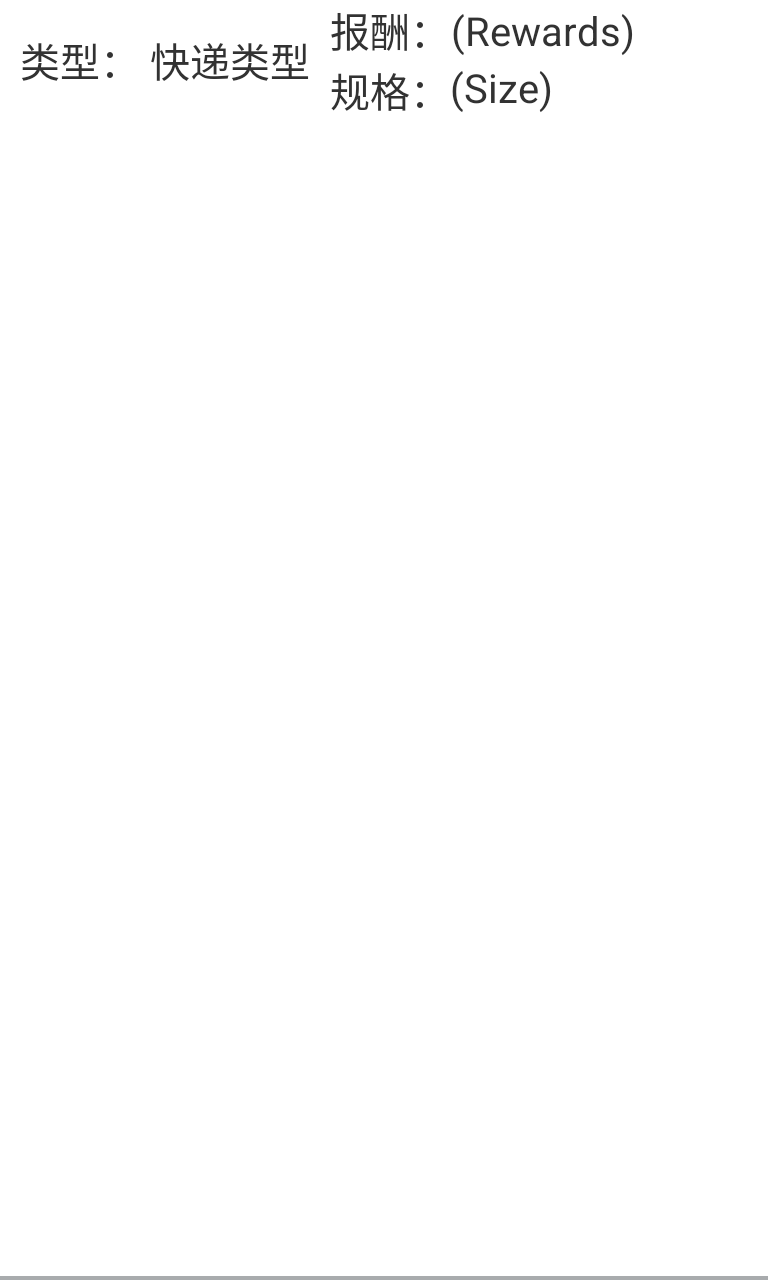
Repository: fariashen/campus-express
Layout: easyCourier/res/layout/item_request.xml
An editor plug-in stored every save of this project. The layout is shown before and after the next save, followed by the edit.
It is drawn on a 768 x 1280 px phone screen (xhdpi) without system bars, with theme AppTheme; the app's code is not run. The app's manifest (not shown) leaves right-to-left support off. So textAlignment, textDirection and layoutDirection are ignored, and left and right values win over start and end ones.

Above is the layout before, as saved 2016-04-25 09:54:48.

### easyCourier/res/layout/item_request.xml
<?xml version="1.0" encoding="utf-8"?>
<RelativeLayout xmlns:android="http://schemas.android.com/apk/res/android"
    android:layout_width="match_parent"
    android:layout_height="wrap_content"
    android:orientation="vertical"
    android:layout_marginBottom="20dp"
    android:layout_marginTop="20dp"
    android:background="@drawable/requestdetailshape">

    <TextView
        android:id="@+id/tv_tip_itemKinds"
        android:layout_width="wrap_content"
        android:layout_height="wrap_content"
        android:layout_marginLeft="10dp"
        android:layout_marginTop="15dp"
        android:text="类型："
        android:textSize="20sp" />

    <TextView
        android:id="@+id/tv_itemKinds"
        android:layout_width="90dp"
        android:layout_height="wrap_content"
        android:layout_marginTop="15dp"
        android:layout_marginLeft="5dp"
        android:layout_toEndOf="@id/tv_tip_itemKinds"
        android:text="快递类型"
        android:textSize="20sp" />

    <TextView
        android:id="@+id/tv_tip_itemReward"
        android:layout_width="wrap_content"
        android:layout_height="30dp"
        android:layout_toEndOf="@id/tv_itemKinds"
        android:text="报酬："
        android:textSize="20sp" />

    <TextView
        android:id="@+id/tv_itemReward"
        android:layout_width="wrap_content"
        android:layout_height="30dp"
        android:layout_toEndOf="@id/tv_tip_itemReward"
        android:gravity="center"
        android:text="(Rewards)"
        android:textSize="20sp" />



    <TextView
        android:id="@+id/tv_tip_itemSize"
        android:layout_width="wrap_content"
        android:layout_height="30dp"
        android:layout_toEndOf="@id/tv_itemKinds"
        android:layout_below="@id/tv_tip_itemReward"
        android:text="规格："
        android:textSize="20sp" />

    <TextView
        android:id="@+id/tv_itemSize"
        android:layout_width="wrap_content"
        android:layout_height="30dp"
        android:layout_below="@id/tv_itemReward"
        android:layout_toEndOf="@id/tv_tip_itemSize"
        android:text="(Size)"
        android:textSize="20sp" />

</RelativeLayout>

### easyCourier/res/drawable/requestdetailshape.xml
<layer-list xmlns:android="http://schemas.android.com/apk/res/android">
<!-- This is the main color -->
<item>
  <shape>
        <solid android:color="#ffa8abad" />
  </shape>
</item>
<!-- This is the line -->
<item android:bottom="2dp">
 <shape>
       <solid android:color="#FFFFFF" />
 </shape>
</item>
</layer-list>

Loaded but not shown: easyCourier/res/values/styles.xml (common file); easyCourier/res/values-v11/styles.xml (common file); easyCourier/res/values-v14/styles.xml (common file)

After the next save:
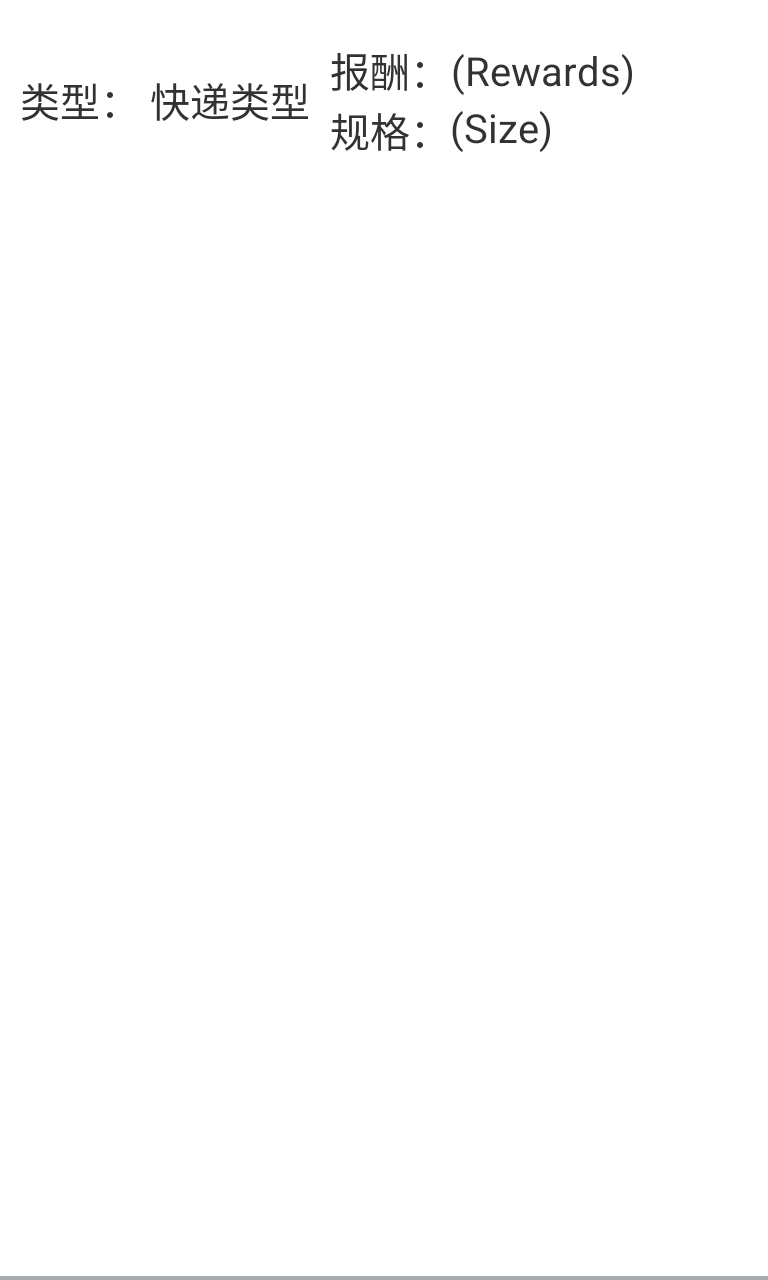
Saved 47 s later.
--- a/easyCourier/res/layout/item_request.xml
+++ b/easyCourier/res/layout/item_request.xml
@@ -4,7 +4,7 @@
     android:layout_height="wrap_content"
     android:orientation="vertical"
     android:layout_marginBottom="20dp"
-    android:layout_marginTop="20dp"
+    android:paddingTop="20dp"
     android:background="@drawable/requestdetailshape">
 
     <TextView
